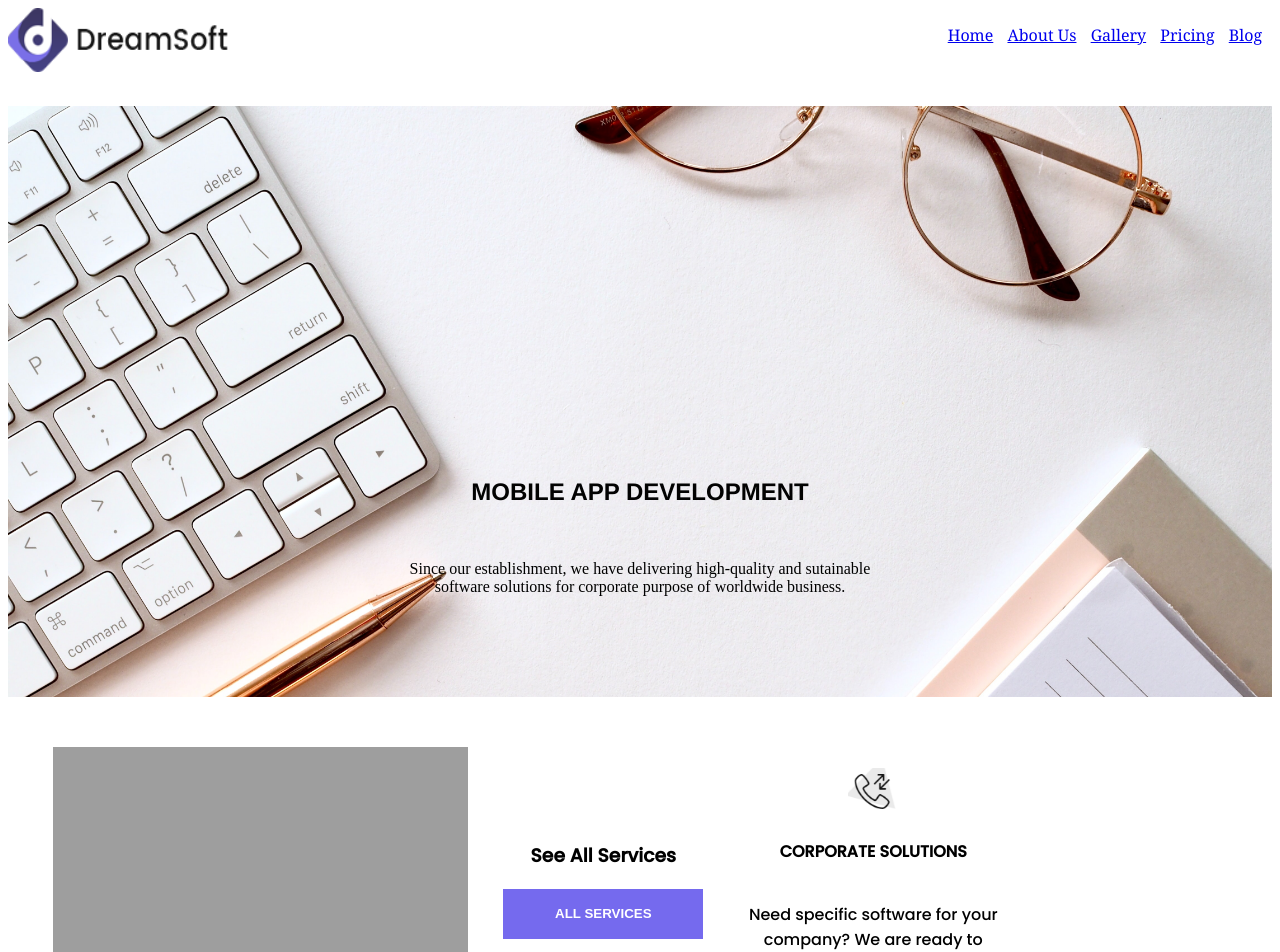
Repository: kkyler24/ladders-bootcamp-awesome
Page: index.html
An editor plug-in stored every save of this project. The page is shown before and after the next save, followed by the edit.
The browser window is 1280 px wide. The pictures show the part of the page from y = 0 to 952 px (the page is 6041 px tall).
Pictures or frames that could not be fetched are drawn as grey boxes.

Above is the page before, as saved 2021-03-19 16:19:21.

After the next save:
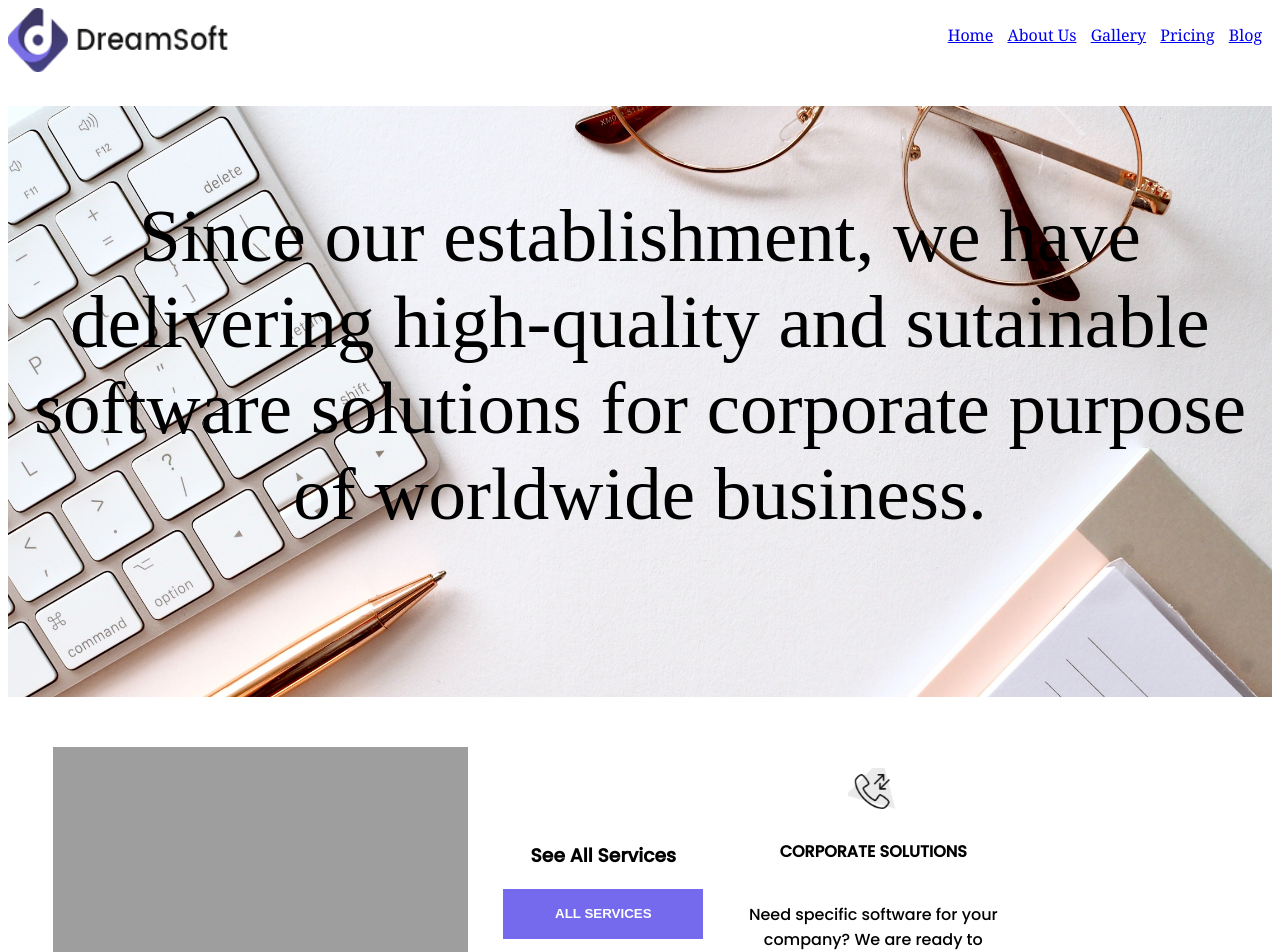
Saved 88 s later.
--- a/kstyle.css
+++ b/kstyle.css
@@ -85,6 +85,7 @@
 #indext {
   position: relative;
   z-index: 2;
+  font-size: 75px;
 }
 
 /* latest Section */

After the save that followed:
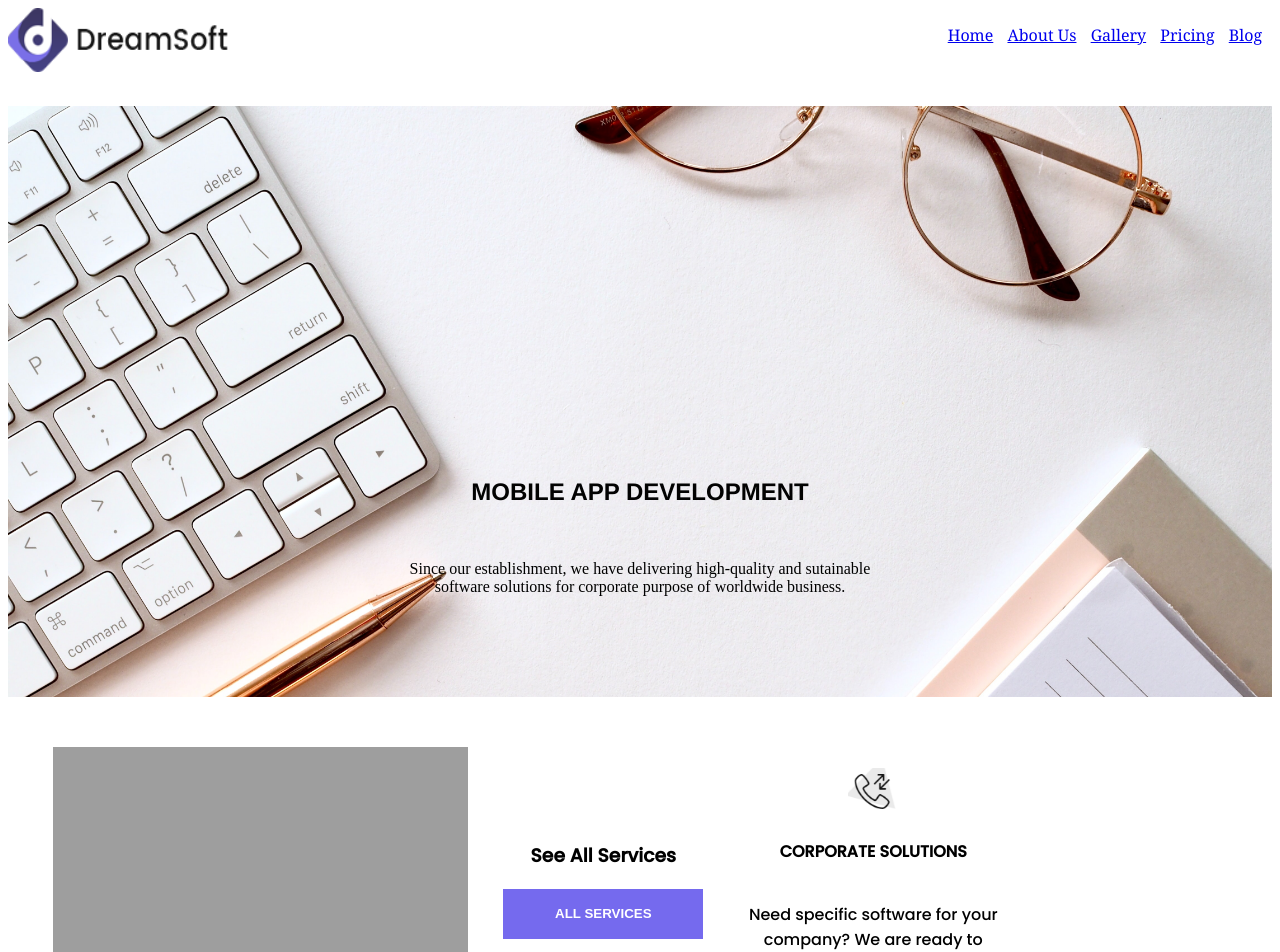
Saved 14 s later.
--- a/kstyle.css
+++ b/kstyle.css
@@ -85,7 +85,7 @@
 #indext {
   position: relative;
   z-index: 2;
-  font-size: 75px;
+
 }
 
 /* latest Section */
